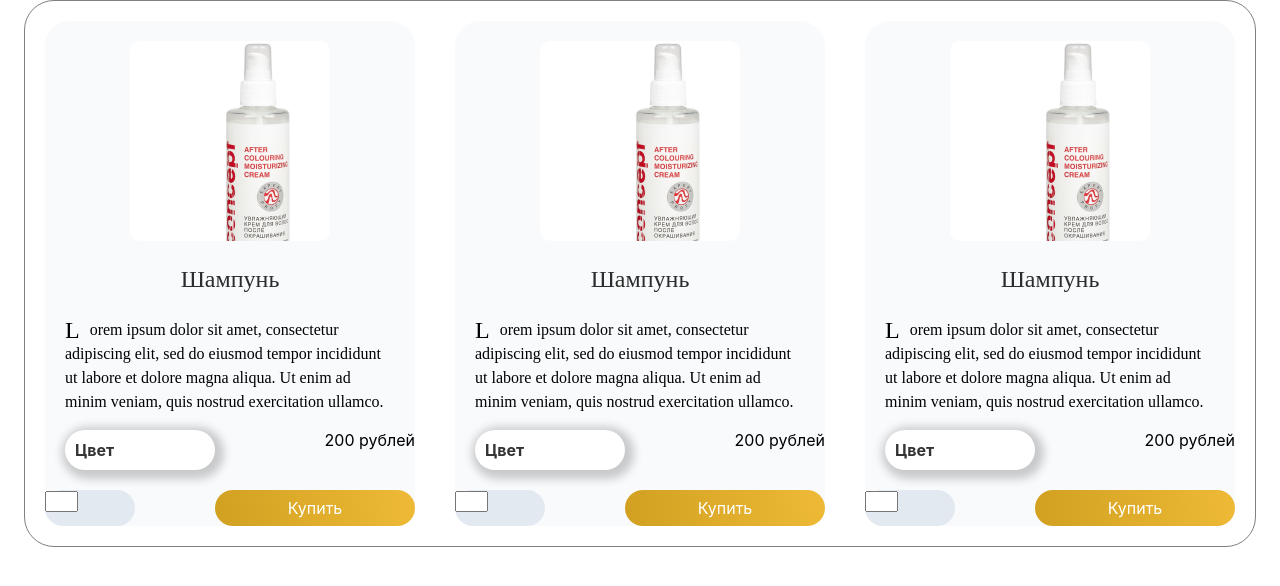
Repository: MiroslavWise/shamptu
Page: /
These files come from the project's save history. The page is drawn as it stood at one moment and after a run of saves; the edit follows.
The browser window is 1280 px wide. The pictures show the whole page.
The project was rebuilt for these pictures with package versions that can differ from the ones it lists, and the page was loaded fresh each time. Also part of the build but not shown: src/App.css.

Above is the page before, as saved 2022-02-17 15:18:09.

### public/index.html
<!DOCTYPE html>
<html lang="en">
  <head>
    <meta charset="utf-8" />
    <meta name="viewport" content="width=device-width, initial-scale=1" />
    <meta name="theme-color" content="#000000" />
    <meta
      name="description"
      content="Web site created using create-react-app"
    />
    <link rel="manifest" href="%PUBLIC_URL%/manifest.json" />

    <title>React App</title>
  </head>
  <body>
    <noscript>You need to enable JavaScript to run this app.</noscript>
    <div id="root"></div>
  </body>
</html>

### src/index.css
body {
  margin: 0;
  font-family: -apple-system, BlinkMacSystemFont, 'Segoe UI', 'Roboto', 'Oxygen',
    'Ubuntu', 'Cantarell', 'Fira Sans', 'Droid Sans', 'Helvetica Neue',
    sans-serif;
  -webkit-font-smoothing: antialiased;
  -moz-osx-font-smoothing: grayscale;
  display: flex;
  align-items: center;
  justify-content: center;
}

code {
  font-family: source-code-pro, Menlo, Monaco, Consolas, 'Courier New',
    monospace;
}

### src/App.js

import 'App.css';
import Items from 'components/Items';

function App() {
  return (
   <Items />
  );
}

export default App;

### src/components/Items.jsx
import jpg from 'picture/1.jpg'

import './style.css'
import SpamItem from './items/SpamItem'
const Items = () => {
    return (
        <div className="big__container">
            <SpamItem image={jpg}/>
            <SpamItem image={jpg}/>
            <SpamItem image={jpg}/>
        </div>
    )
}

export default Items

### src/components/style.css
.big__container {
    display: grid;
    grid-template-columns: repeat(3, 1fr);
    background: #FFFFFF;
    border-radius: 30px;
    border: 1px gray solid;
}

### src/components/items/SpamItem.jsx

import { useState } from 'react'
import './style.css'
import DropDown from './DropDown'


const ShamItem = ({image}) => {
    const [selected, setSelected] = useState('Цвет')

    const [prise, setPrise] = useState(200)

    return (
        <div className="container">
            <div className='image-line'>
                <div className='image'>
                    <img src={image}/>
                </div>
            </div>
            <p className='text'>Шампунь</p>
            <p className='text_about'>Lorem ipsum dolor sit amet, consectetur adipiscing elit, sed do eiusmod tempor incididunt ut labore et dolore magna aliqua. Ut enim ad minim veniam, quis nostrud exercitation ullamco.</p>
            <div className='block-info'>
                <div className='col-pri'>
                    <DropDown selected={selected} setSelected={setSelected} />
                    <div className='prise'>{prise} рублей</div>
                </div>
                <div className='volume'></div>

                <div className='footer'>
                    <div className='quantity'><input type={'number'} min={1}></input></div>
                    <div className='button'><button onClick={()=>alert('Спасибо за покупку!')}>Купить</button></div>
                </div>
            </div>
        </div>

    )
}

export default ShamItem

### src/components/items/style.css
.container{
    width: 370px;
    margin: 20px;
    background: #F8FAFC;
    border-radius: 25px;
}

.image-line {
    width: 200px;
    height: 200px;
    background-color: rgba(255, 255, 255, 0.775);
    margin: 20px auto;
    border-radius: 10px;
    overflow: hidden;
}

.image {
    height: auto;
    width: auto;
    position: relative;
    transition: all .4s ease-in-out;
    object-fit: cover;
}

.image:hover {
    cursor: pointer;
    transform: scale(1.4)
}

.text{
    font-family: 'SF UI Display';
    font-size: 24px;
    font-style: normal;
    font-weight: 500;
    line-height: 29px;
    letter-spacing: 0em;
    text-align: center;
    color: #2C2C2C;
}

.text_about {
    font-family: 'SF UI Display';
    font-size: 16px;
    font-style: normal;
    font-weight: 400;
    line-height: 24px;
    letter-spacing: 0em;
    text-align: left;
    padding: 0 20px 0 20px;
}
.text_about::first-letter{
    font-size: 1.5rem;
    float: left;
    margin-right: 10px;
}

.block-info{
    display: flex;
    flex-direction: column;
}

.col-pri{
    display: flex;
}

input {
    width: 25px;

}

.quantity{
    background: #E2E9F0;
    border-radius: 30px;
    width: 90px;
}

.footer{
    display: flex;
    flex-direction: row;
    justify-content: space-between;
}

.col-pri{
    display: flex;
    flex-direction: row;
    justify-content: space-between;
}
.col-pri:first-child{
    margin-left: 20px;
}
.col-pri:last-child{
    margin-right: 50px;
}

input::-webkit-outer-spin-button,
input::-webkit-inner-spin-button {
    -webkit-appearance: none;
}

button {
    z-index: 1;
    position: relative;
    font-size: inherit;
    font-family: inherit;
    color: white;
    padding: 0.5em 1em;
    outline: none;
    border: none;
    background: linear-gradient(261.65deg, #EFBB37 -3.95%, #CF9E1F 109.44%);
    overflow: hidden;
    transition: color 0.4s ease-in-out;
    width: 200px;
    border-radius: 100px;
  }

  button::before {
    content: '';
    z-index: -1;
    position: absolute;
    top: 50%;
    left: 50%;
    width: 1em;
    height: 1em;
    border-radius: 50%;
    background-color: #ffe23c;
    transform-origin: center;
    transform: translate3d(-50%, -50%, 0) scale3d(0, 0, 0);
    transition: transform 0.45s ease-in-out;
  }

  button:hover {
    cursor: pointer;
    color: #161616;
  }

  button:hover::before {
    transform: translate3d(-50%, -50%, 0) scale3d(15, 15, 15);
  }

.dropdown{
    width: 150px;
    margin: 0 0;
    position: relative;
    cursor: pointer;
    user-select: none;
}

.dropdown-btn{
    padding: 10px;
    background: #fff;
    box-shadow: 3px 3px 10px 6px rgba(0, 0, 0, 0.2);
    border-radius: 50px;
    font-weight: bold;
    color: #333;
    display: flex;
    align-items: center;
    justify-content: space-between;
    margin-bottom: 20px;
    cursor: pointer;
}

.dropdown-content{
    position: absolute;
    top: 40%;
    width: 80%;
    padding: 15px;
    background-color: rgba(255, 255, 255, 0);
    font-weight: 500;
    color: #333;
    left: 0;
    cursor: pointer;
}

.dropdown-item{
    padding: 10px;
    transition: all 0.2s;
    border-radius: 50px;
}
.dropdown-item:hover{
    background-color: #cacacaad;
}

### src/components/items/DropDown.jsx
import './style.css'
import { useState } from 'react'

const DropDown = ({selected, setSelected}) => {
    const [isActive, setIsActive] = useState(false)
    const option = ['Красный', "Синий", "Зелёный"]
    return (
        <div className="dropdown">
            <div className="dropdown-btn" onMouseOver={()=> setIsActive(!isActive)}>{selected}</div>
                            {
                            isActive
                            &&
                            ( <din className='dropdown-content'>
                                {option.map((item, i)=>{
                                    return(
                                        <div onClick={() => {
                                            setSelected(item)
                                            setIsActive(false)
                                        }
                                        } key={i} className="dropdown-item">
                                        {item}
                                        </div>
                                    )
                                })}
                        </din>)}

        </div>
    )
}

export default DropDown

Loaded but not shown: src/index.js (common file); src/reportWebVitals.js (common file)

After the next 2 saves:
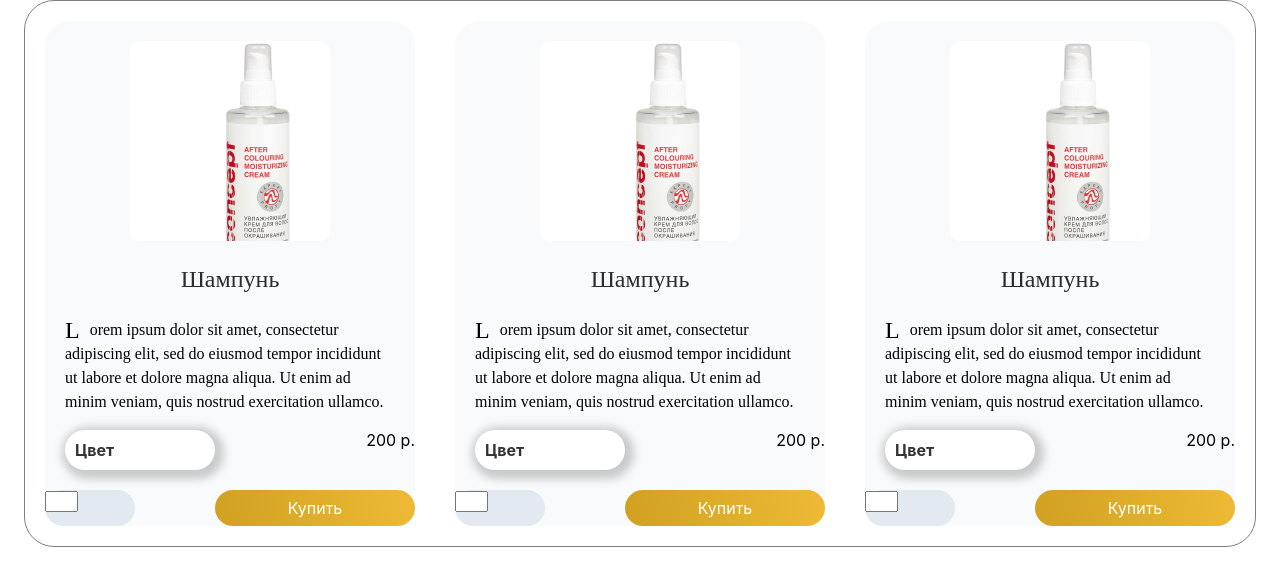
The 2 saves are shown as one change because they came seconds apart.
The last was saved 6 s later.
--- a/src/components/items/SpamItem.jsx
+++ b/src/components/items/SpamItem.jsx
@@ -21,7 +21,7 @@
             <div className='block-info'>
                 <div className='col-pri'>
                     <DropDown selected={selected} setSelected={setSelected} />
-                    <div className='prise'>{prise} рублей</div>
+                    <div className='prise'>{prise} р.</div>
                 </div>
                 <div className='volume'></div>
 
